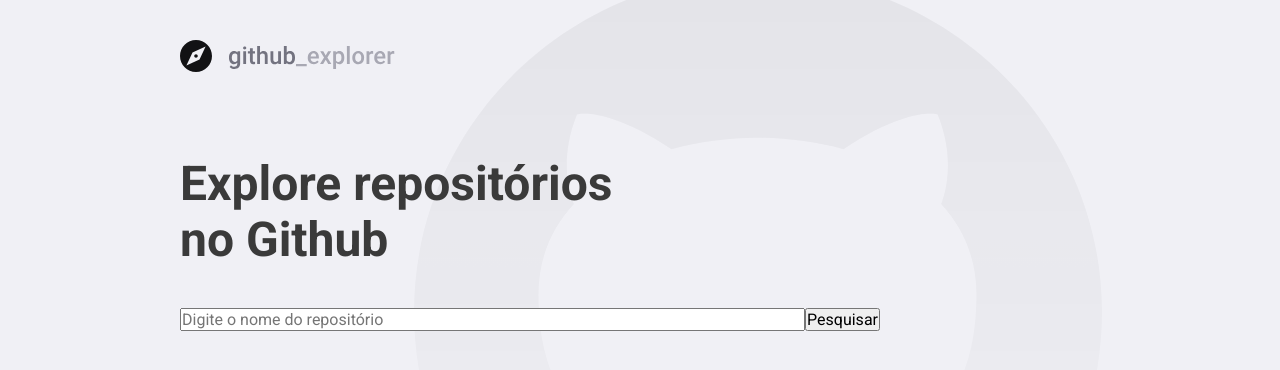
Repository: ramonmjr/projeto-repositorios-git-react
Page: /
These files come from the project's save history. The page is drawn as it stood at one moment and after the next save; the edit follows.
The browser window is 1280 px wide. The pictures show the whole page.
The project was rebuilt for these pictures with package versions that can differ from the ones it lists, and the page was loaded fresh each time. A package was used in the major version that the imports need, not the one package.json lists. Also part of the build but not shown: src/pages/Repository/index.tsx.

Above is the page before, as saved 2020-10-21 16:48:51.

After the next save:
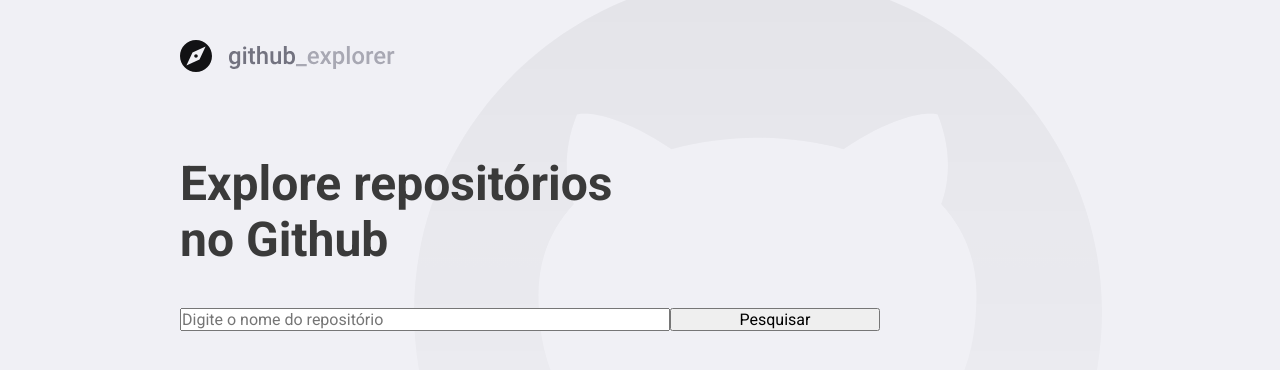
Saved 47 s later.
--- a/src/pages/Dashboard/styles.ts
+++ b/src/pages/Dashboard/styles.ts
@@ -16,4 +16,8 @@
   input {
     flex: 1;
   }
+
+  button {
+    width: 210px;
+  }
 `;
